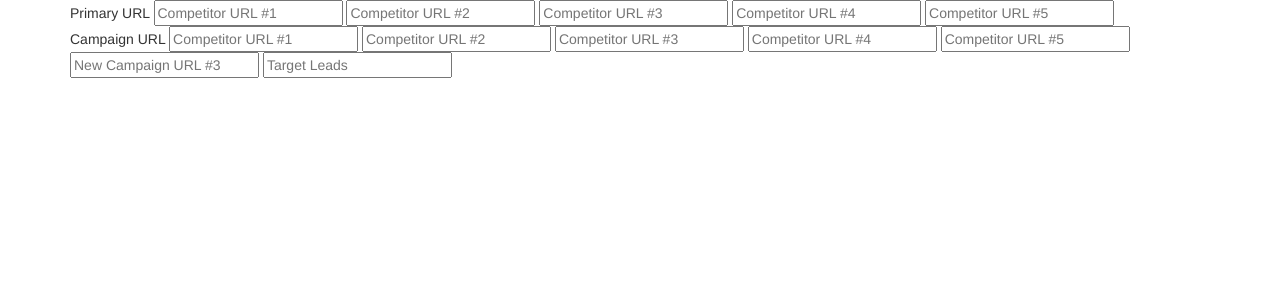
Repository: aneeshsingh/workspace
Page: http://localhost/analytics/Add_Product_Page_4.jsp
An editor plug-in stored every save of this project. The page is shown before and after the next save, followed by the edit.
The browser window is 1280 px wide. The pictures show the whole page.
The page is served by Tomcat 9. Other server files are loaded and not shown.

Above is the page before, as saved 2016-03-07 03:07:39.

### analytics/war/Add_Product_Page_4.jsp
<!DOCTYPE html>
<html class="no-js" xmlns="http://www.w3.org/1999/xhtml"
	xml:lang="en-US" lang="en-US">

<%@ page import="com.macquarie.analytics.*"%>
<%@ page import="java.util.HashMap"%>
<%@ page import="java.util.Iterator"%>
<%@ page import="java.util.Map"%>
<%@ page import="java.sql.Connection"%>
<%@page language="java" session="true"%>

<head>
<!-- Latest compiled and minified CSS -->
<link rel="stylesheet"
	href="https://maxcdn.bootstrapcdn.com/bootstrap/3.3.6/css/bootstrap.min.css">

</head>
<body>


<form action="getAnalyticsServlet" method="post">
	<div class="container">


		<div class="row">

			<div class="col-md-12">
			<span>Primary URL</span>
			<input type="text" name="competitor_primary_url_1" id="competitor_primary_url_1" placeholder="Competitor URL #1">
			<input type="text" name="competitor_primary_url_2" id="competitor_primary_url_2" placeholder="Competitor URL #2">
			<input type="text" name="competitor_primary_url_3" id="competitor_primary_url_3" placeholder="Competitor URL #3">
			<input type="text" name="competitor_primary_url_4" id="competitor_primary_url_4" placeholder="Competitor URL #4">
			<input type="text" name="competitor_primary_url_5" id="competitor_primary_url_5" placeholder="Competitor URL #5">

			</div>
		</div>

		<div class="row">

			<div class="col-md-12">

			<span>Campaign URL</span>
			<input type="text" name="competitor_campaign_url_1" id="competitor_campaign_url_1" placeholder="Competitor URL #1">
			<input type="text" name="competitor_campaign_url_2" id="competitor_campaign_url_2" placeholder="Competitor URL #2">
			<input type="text" name="competitor_campaign_url_3" id="competitor_campaign_url_3" placeholder="Competitor URL #3">
			<input type="text" name="competitor_campaign_url_4" id="competitor_campaign_url_4" placeholder="Competitor URL #4">
			<input type="text" name="competitor_campaign_url_5" id="competitor_campaign_url_5" placeholder="Competitor URL #5">
						</div>

		</div>





		<div class="row">

			<div class="col-md-12">


			<input type="text" name="new_campaign_url_3" id="new_campaign_url_3" placeholder="New Campaign URL #3">
			<input type="text" name="new_campaign_url_leads_3" id="new_campaign_url_leads_3" placeholder="Target Leads">
			</div>

		</div>





	</div>


</form>

</body>
</html>

After the next save:
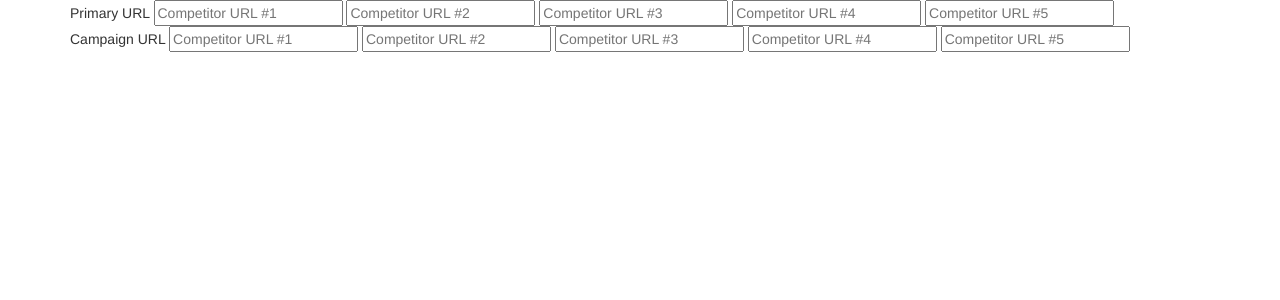
Saved 2 min 20 s later.
--- a/analytics/war/Add_Product_Page_4.jsp
+++ b/analytics/war/Add_Product_Page_4.jsp
@@ -53,18 +53,6 @@
 
 
 
-		<div class="row">
-
-			<div class="col-md-12">
-
-
-			<input type="text" name="new_campaign_url_3" id="new_campaign_url_3" placeholder="New Campaign URL #3">
-			<input type="text" name="new_campaign_url_leads_3" id="new_campaign_url_leads_3" placeholder="Target Leads">
-			</div>
-
-		</div>
-
-
 
 
 
